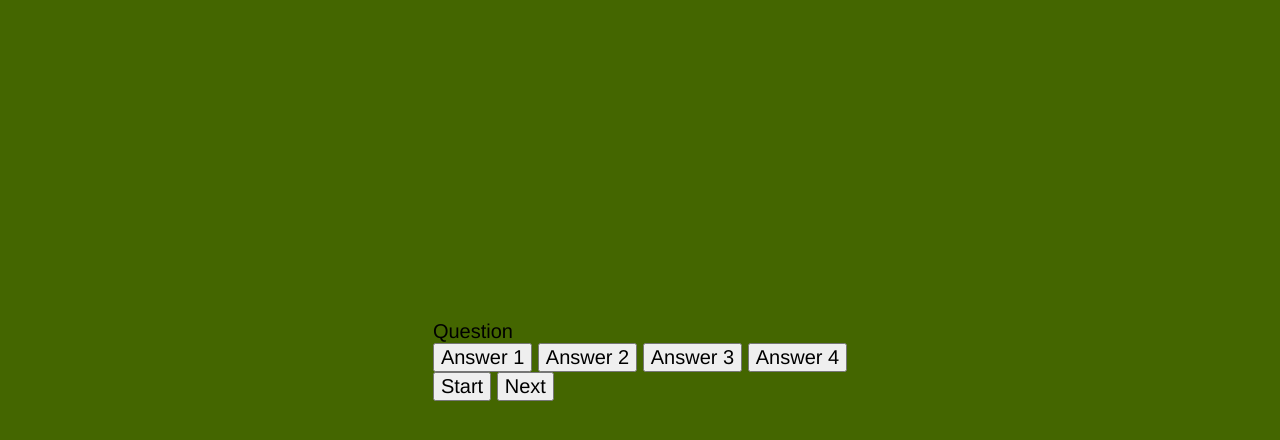
Repository: Vshepard879/Code-Quiz
Page: index.html
These files come from the project's save history. The page is drawn as it stood at one moment and after the next save; the edit follows.
The browser window is 1280 px wide. The pictures show the whole page.

Above is the page before, as saved 2022-03-18 01:36:04.

After the next save:
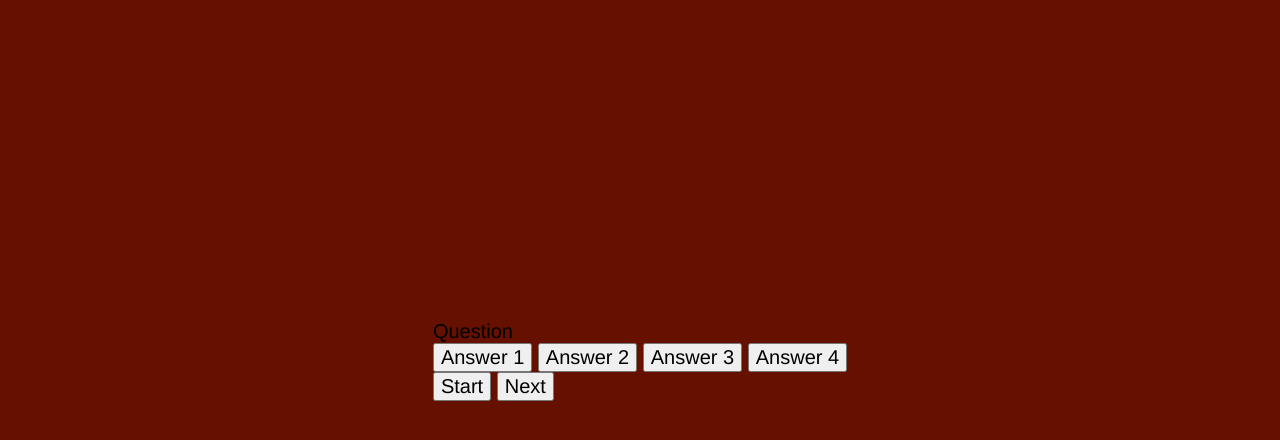
Saved 8 s later.
--- a/assets/css/style.css
+++ b/assets/css/style.css
@@ -5,7 +5,7 @@
 }
 
 :root {
-    --hue-neutral: 80;
+    --hue-neutral: 10;
     --hue-wrong: 0;
     --hue-correct: 145;
 }

After the save that followed:
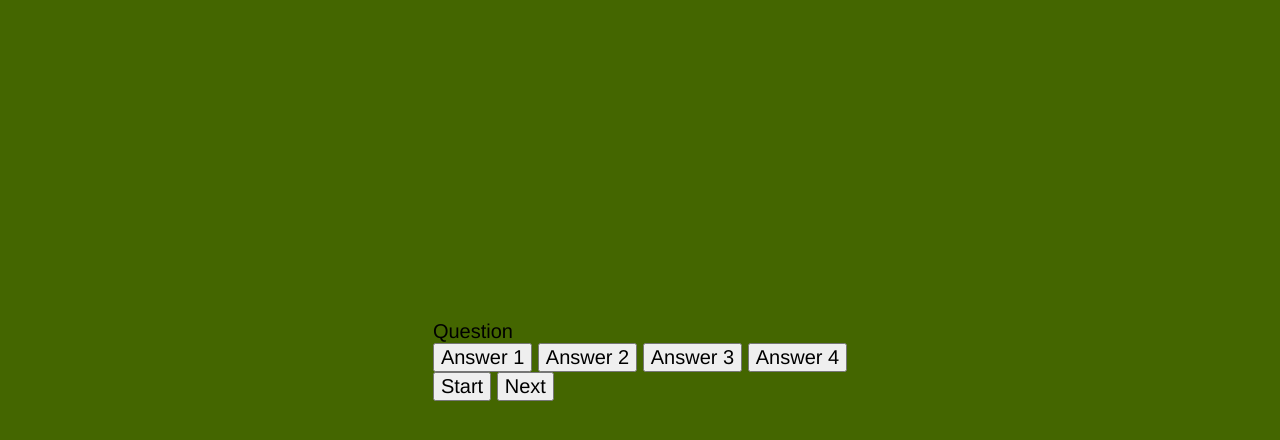
Saved 31 s later.
--- a/assets/css/style.css
+++ b/assets/css/style.css
@@ -5,7 +5,7 @@
 }
 
 :root {
-    --hue-neutral: 10;
+    --hue-neutral: 800;
     --hue-wrong: 0;
     --hue-correct: 145;
 }
